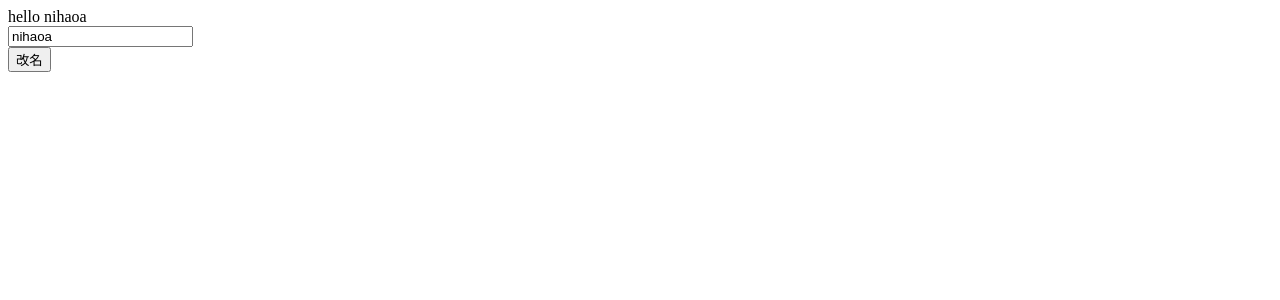
Repository: zgw88/vite-svelte
Page: /
These files come from the project's save history. The page is drawn as it stood at one moment and after the next save; the edit follows.
The browser window is 1280 px wide. The pictures show the whole page.
The project was rebuilt for these pictures with package versions that can differ from the ones it lists, and the page was loaded fresh each time. Also part of the build but not shown: vite.config.js, src/app.css.

Above is the page before, as saved 2022-08-08 17:06:33.

After the next save:
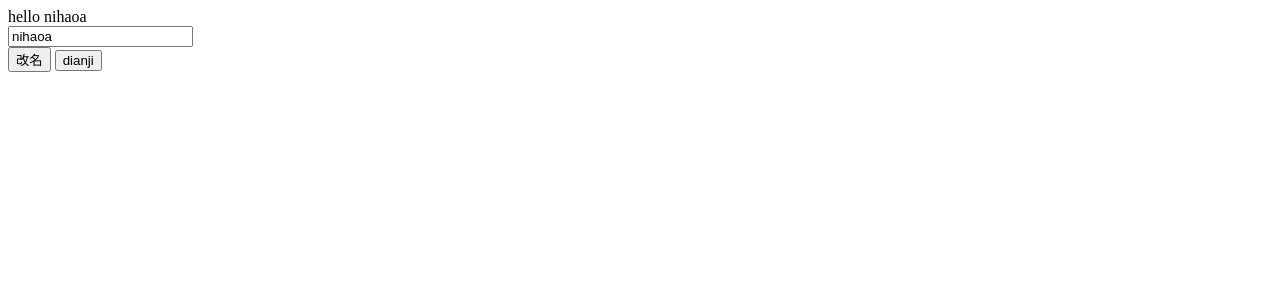
Saved 5 min 28 s later.
--- a/src/App.svelte
+++ b/src/App.svelte
@@ -6,6 +6,9 @@
   let color = 'pink'
   let foo = true
   let state = true
+  let count = 0
+  $: double = count * 2
+
   // let list = ['1',2,3,4,5]
   // let list = [
   //   {name: 'hhhh'},
@@ -23,9 +26,14 @@
     name = 'henbuhao'
   }
 
+  const handleCount = () =>{
+    count += 1
+  }
+
   const handleClickP = () =>{
     console.log(name,'pppp')
   }
+
 </script>
 
 
@@ -49,6 +57,7 @@
 <input type="text" bind:value={name} />
 <div on:click={handleClickP}>
   <button on:click|stopPropagation={handleClick}>改名</button>
+  <button on:click={handleCount}>dianji</button>
 </div>
 
 
